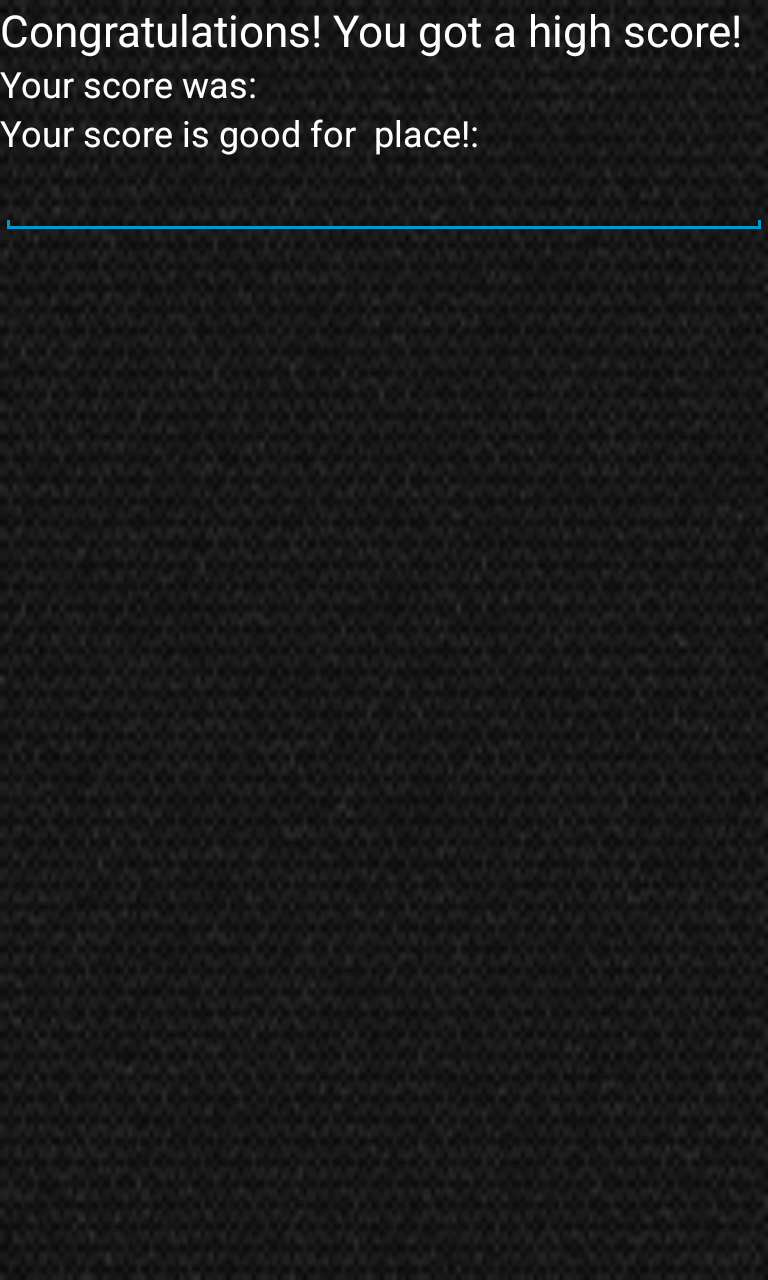
Repository: Tacohen/Killbots
Layout: Killbots/res/layout/add_score.xml
An editor plug-in stored every save of this project. The layout is shown before and after the next save, followed by the edit.
It is drawn on a 768 x 1280 px phone screen (xhdpi) without system bars, with theme AppTheme; the app's code is not run.

Above is the layout before, as saved 2013-12-08 19:59:52.

### Killbots/res/layout/add_score.xml
<?xml version="1.0" encoding="utf-8"?>
<ScrollView xmlns:android="http://schemas.android.com/apk/res/android"
    android:layout_width="fill_parent"
    android:layout_height="fill_parent"
    android:background="@drawable/binding_dark"
    >
	<LinearLayout
    	android:orientation="vertical"
    	android:layout_width="fill_parent"
    	android:layout_height="fill_parent"
        android:stretchColumns="1">

		<TextView
		    android:id="@+id/congratsText"
		    android:layout_width="wrap_content"
		    android:layout_height="wrap_content"
		    android:text="Congratulations! You got a high score!"
		    android:textColor="#FFFFFF"
		    android:textAppearance="?android:attr/textAppearanceLarge" />

		<TextView
		    android:id="@+id/scoreTextCongrats"
		    android:layout_width="wrap_content"
		    android:layout_height="wrap_content"
		    android:text="Your score was: "
		    android:textColor="#FFFFFF"
		    android:textAppearance="?android:attr/textAppearanceMedium" />
		<TextView
		    android:id="@+id/placeTextCongrats"
		    android:layout_width="wrap_content"
		    android:layout_height="wrap_content"
		    android:text="Your score is good for  place!: "
		    android:textColor="#FFFFFF"
		    android:textAppearance="?android:attr/textAppearanceMedium" />

		<EditText
		    android:id="@+id/editName"
		    android:layout_width="match_parent"
		    android:layout_height="wrap_content"
		    android:ems="10" >

		    <requestFocus />
		</EditText>

	</LinearLayout>
</ScrollView>

Loaded but not shown: Killbots/res/values/styles.xml (common file); Killbots/res/values-v11/styles.xml (common file); Killbots/res/values-v14/styles.xml (common file)

After the next save:
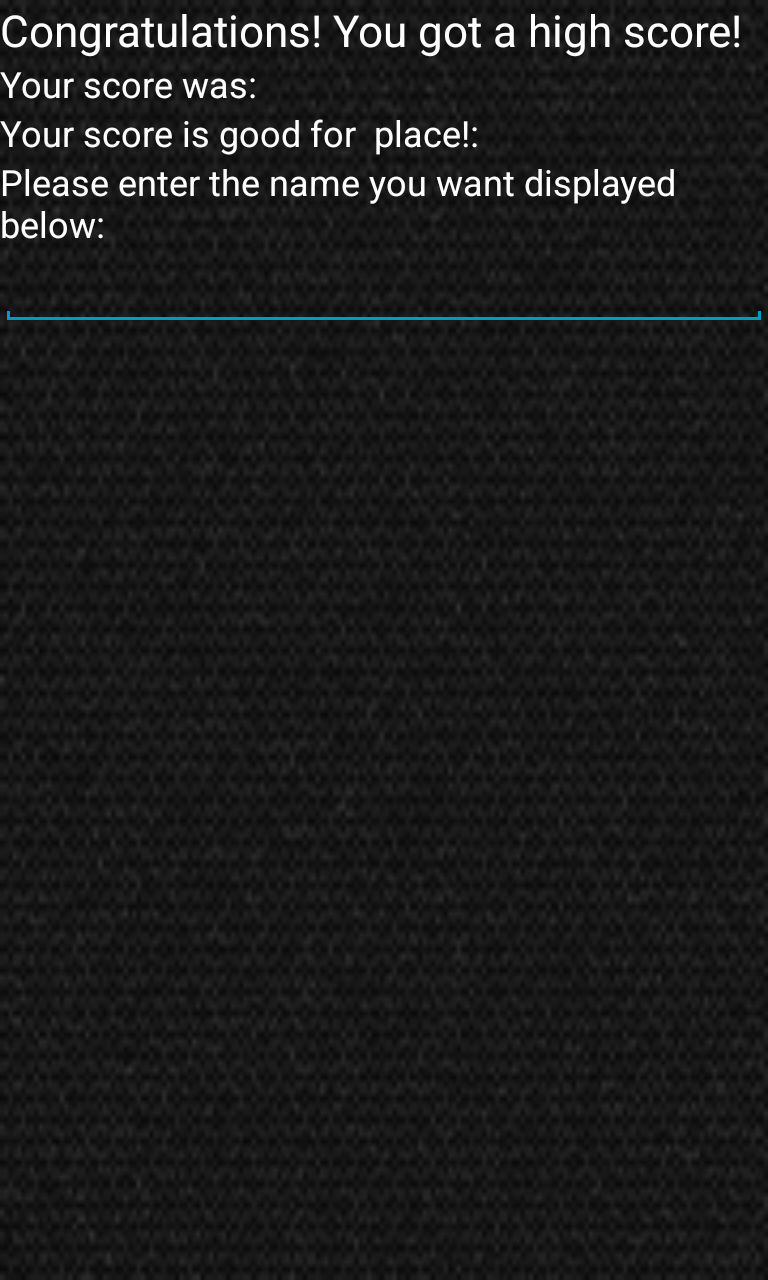
Saved 42 s later.
--- a/Killbots/res/layout/add_score.xml
+++ b/Killbots/res/layout/add_score.xml
@@ -33,6 +33,14 @@
 		    android:textColor="#FFFFFF"
 		    android:textAppearance="?android:attr/textAppearanceMedium" />
 
+		<TextView
+		    android:id="@+id/editNameTextInstructions"
+		    android:layout_width="wrap_content"
+		    android:layout_height="wrap_content"
+		    android:text="Please enter the name you want displayed below: "
+		    android:textColor="#FFFFFF"
+		    android:textAppearance="?android:attr/textAppearanceMedium" />
+
 		<EditText
 		    android:id="@+id/editName"
 		    android:layout_width="match_parent"
